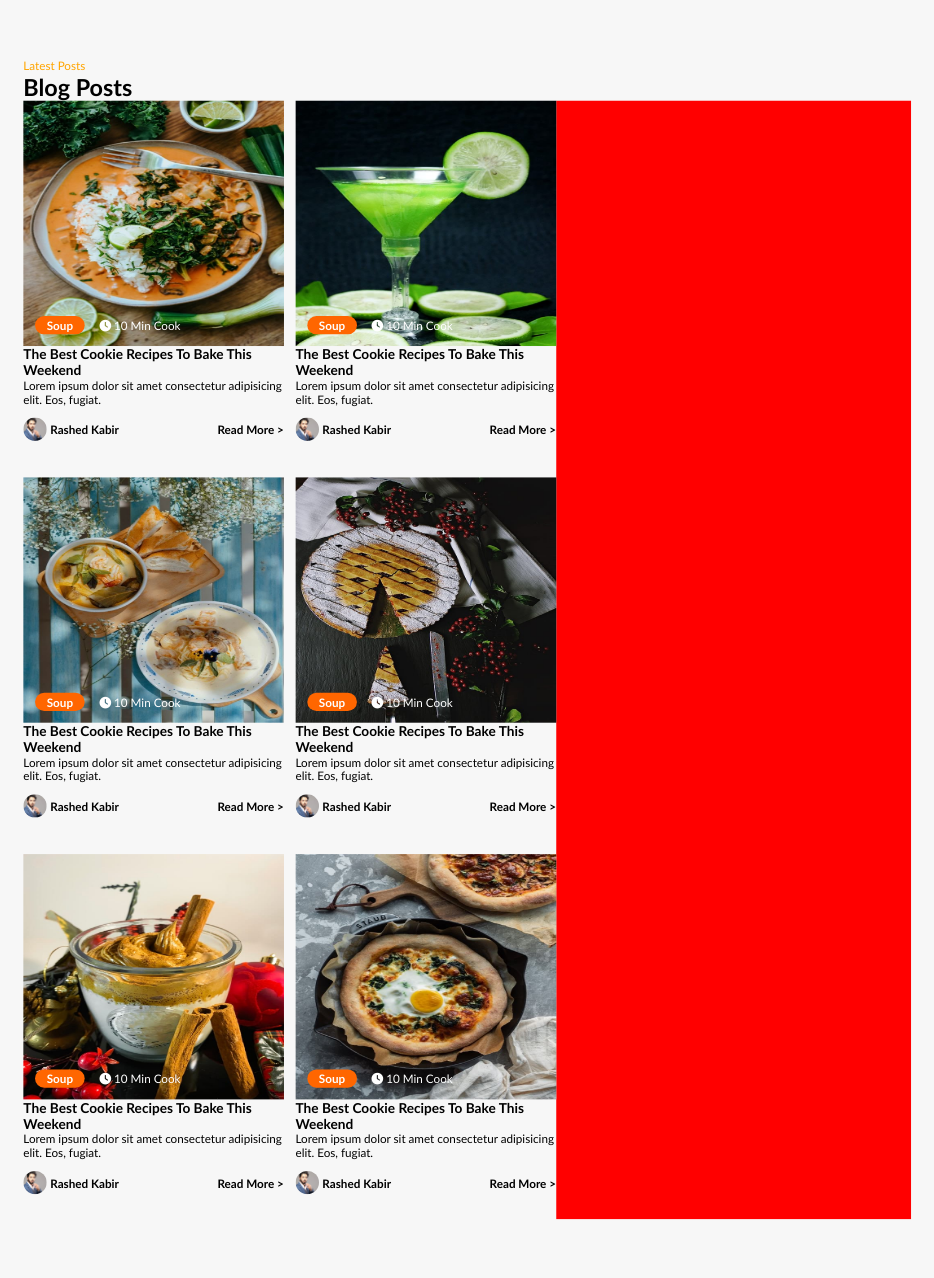
Repository: ngoctinvo/diner_project_cybersoft
Page: html/blog.html
The author's editor kept a copy of each file at every save. The page is drawn from the files as they stood at one save, then again after the next save.
The browser window is 1280 px wide. The pictures show the whole page, at 73% of full size.
Some web libraries are served in a nearby version. The style sheet was rebuilt from its Sass, Less or Tailwind sources for each picture, by a compiler version that may differ from the author's.

Above is the page before, as saved 2022-04-19 10:24:30.

After the next save:
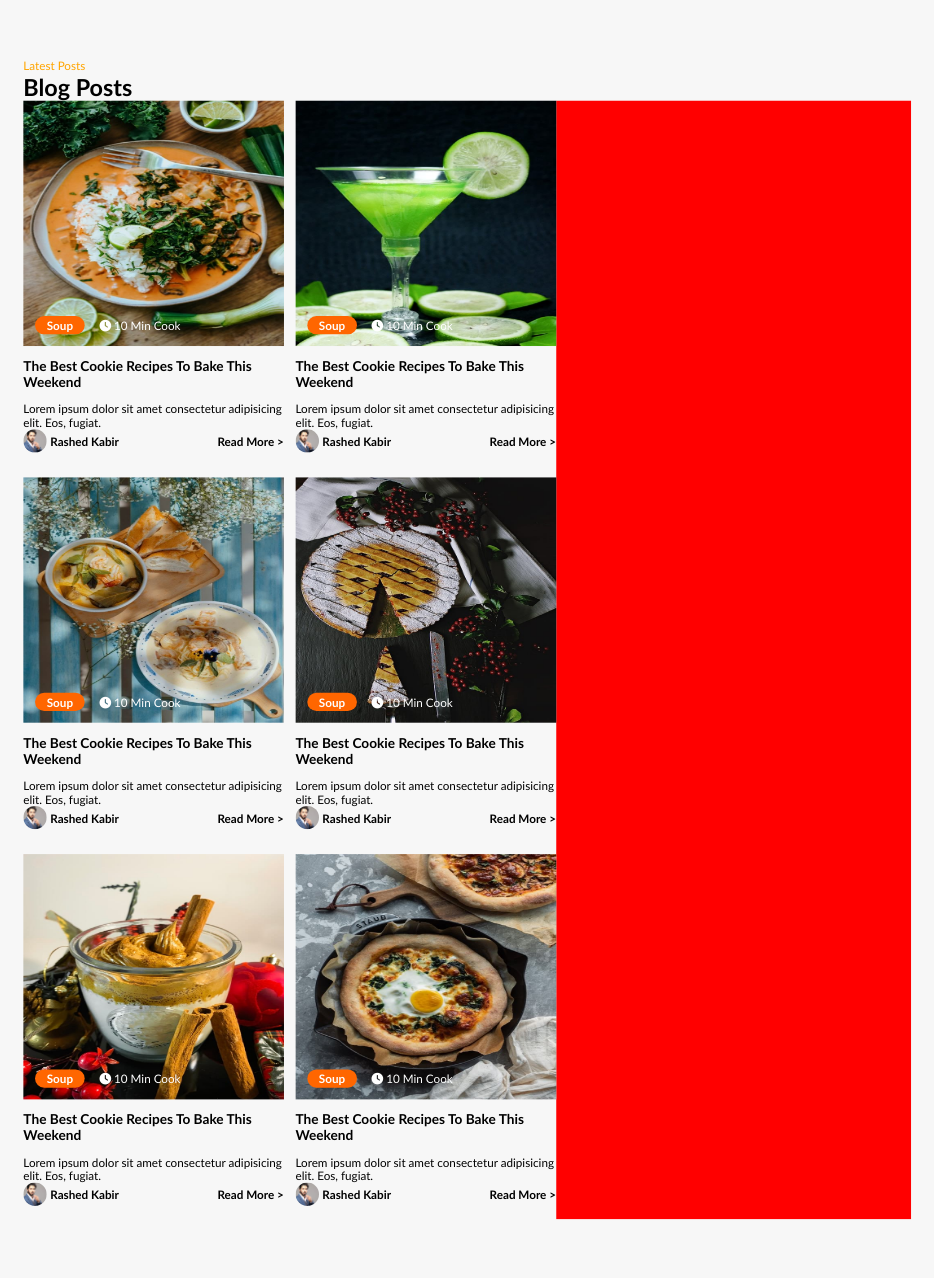
Saved 38 s later.
--- a/sass/blog.scss
+++ b/sass/blog.scss
@@ -61,12 +61,16 @@
                                 }
                             }
                         }
+                        .content {
+                            h3 {
+                                margin: 1rem 0;
+                            }
+                        }
                         .author {
                             display: flex;
                             flex-direction: row;
                             justify-content: space-between;
                             align-items: center;
-                            margin-top: 1rem;
                             a {
                                 display: flex;
                                 flex-direction: row;
